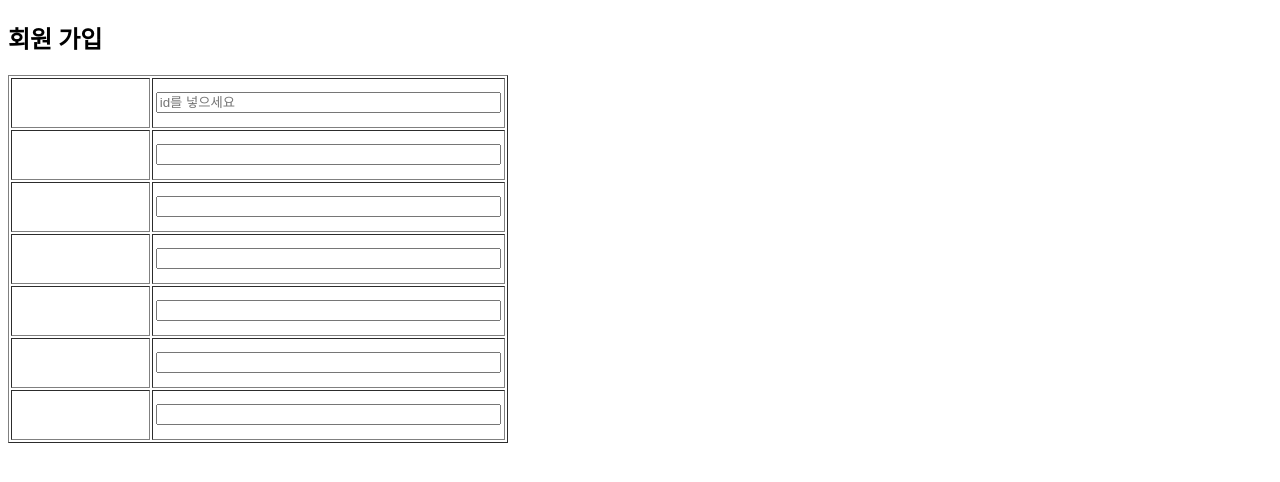
Repository: mungkeu/JSP_Web
Page: http://localhost/DataBase/MemberJoin.jsp
The author's editor kept a copy of each file at every save. The page is drawn from the files as they stood at one save, then again after the next save.
The browser window is 1280 px wide. The pictures show the whole page.
The page is served by Tomcat 9.

Above is the page before, as saved 2022-08-01 22:43:08.

After the next save:
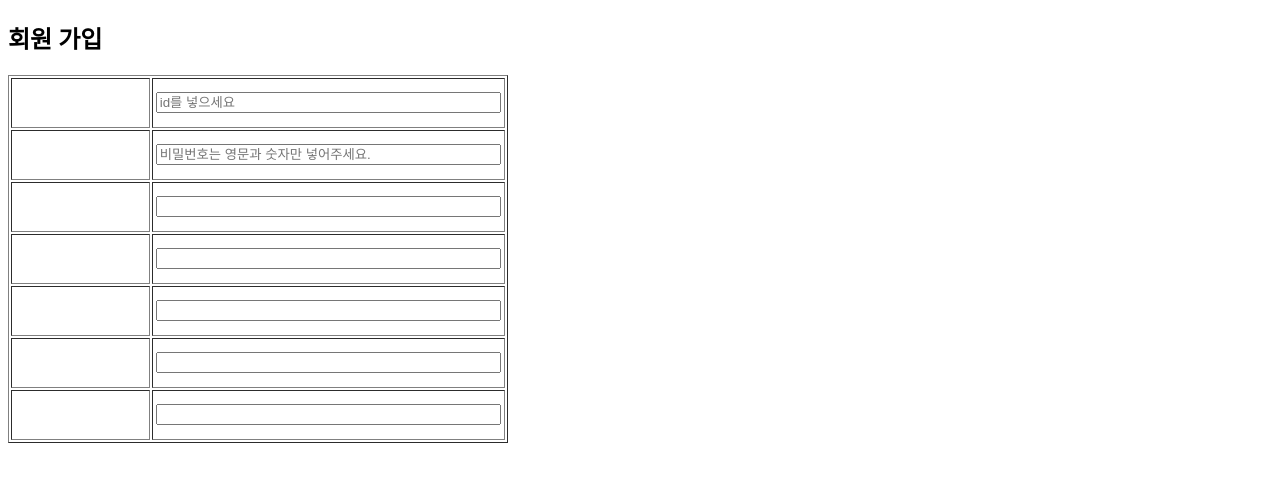
Saved 20 s later.
--- a/DataBase/src/main/webapp/MemberJoin.jsp
+++ b/DataBase/src/main/webapp/MemberJoin.jsp
@@ -16,7 +16,7 @@
 	</tr>
 	<tr height="50">
 		<td width="150" align="center"></td>
-		<td width="350" align="center"><input type="password" name="pass1" size="40"
+		<td width="350" align="center"><input type="password" name="pass1" size="40" placeholder="비밀번호는 영문과 숫자만 넣어주세요.">
 	</tr>
 	<tr height="50">
 		<td width="150" align="center"></td>
